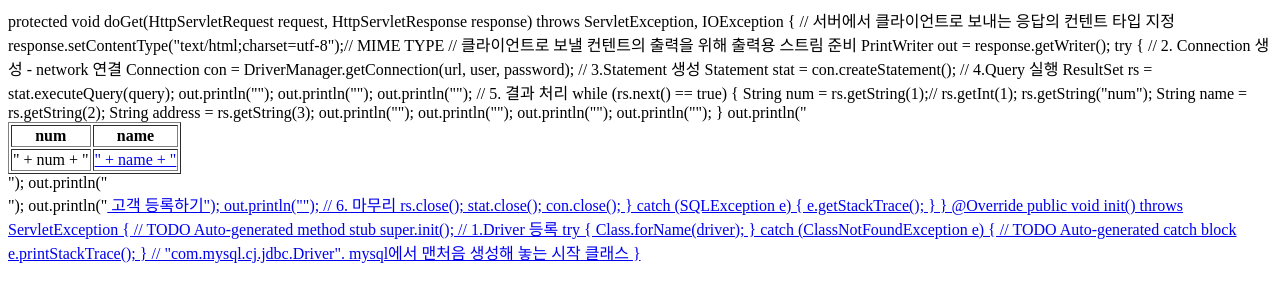
Repository: pencil-HB/SSAFY_Backend
Page: http://localhost/BackendProject/db/CustomerStart.jsp
The author's editor kept a copy of each file at every save. The page is drawn from the files as they stood at one save, then again after the next save.
The browser window is 1280 px wide. The pictures show the whole page.
The page is served by Tomcat 10.

Above is the page before, as saved 2024-09-24 06:18:42.

After the next save:
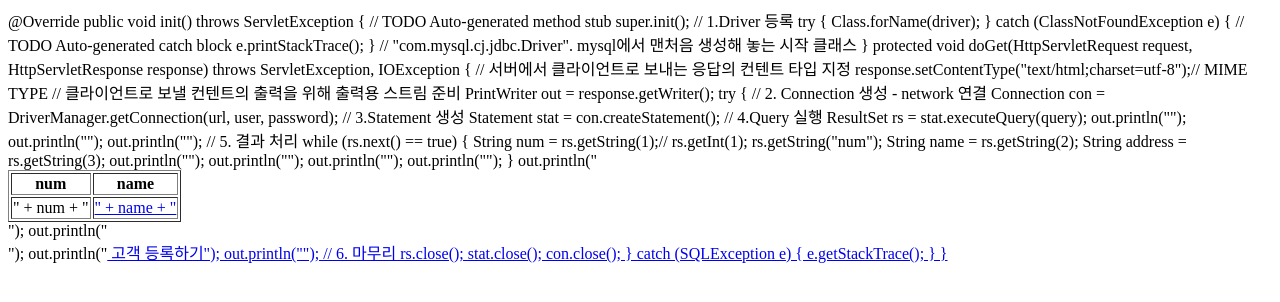
Saved 14 s later.
--- a/BackendProject/src/main/webapp/db/CustomerStart.jsp
+++ b/BackendProject/src/main/webapp/db/CustomerStart.jsp
@@ -7,6 +7,20 @@
 <%! String user = "tommy"; %>
 <%! String password = "lion"; %>
 <%! String query = "select * from customer";  %>
+
+
+@Override
+	public void init() throws ServletException {
+		// TODO Auto-generated method stub
+		super.init();
+		// 1.Driver 등록
+		try {
+			Class.forName(driver);
+		} catch (ClassNotFoundException e) {
+			// TODO Auto-generated catch block
+			e.printStackTrace();
+		} // "com.mysql.cj.jdbc.Driver". mysql에서 맨처음 생성해 놓는 시작 클래스
+	}
 
 	protected void doGet(HttpServletRequest request, HttpServletResponse response)
 			throws ServletException, IOException {
@@ -59,16 +73,3 @@
 			e.getStackTrace();
 		}
 	}
-
-	@Override
-	public void init() throws ServletException {
-		// TODO Auto-generated method stub
-		super.init();
-		// 1.Driver 등록
-		try {
-			Class.forName(driver);
-		} catch (ClassNotFoundException e) {
-			// TODO Auto-generated catch block
-			e.printStackTrace();
-		} // "com.mysql.cj.jdbc.Driver". mysql에서 맨처음 생성해 놓는 시작 클래스
-	}
